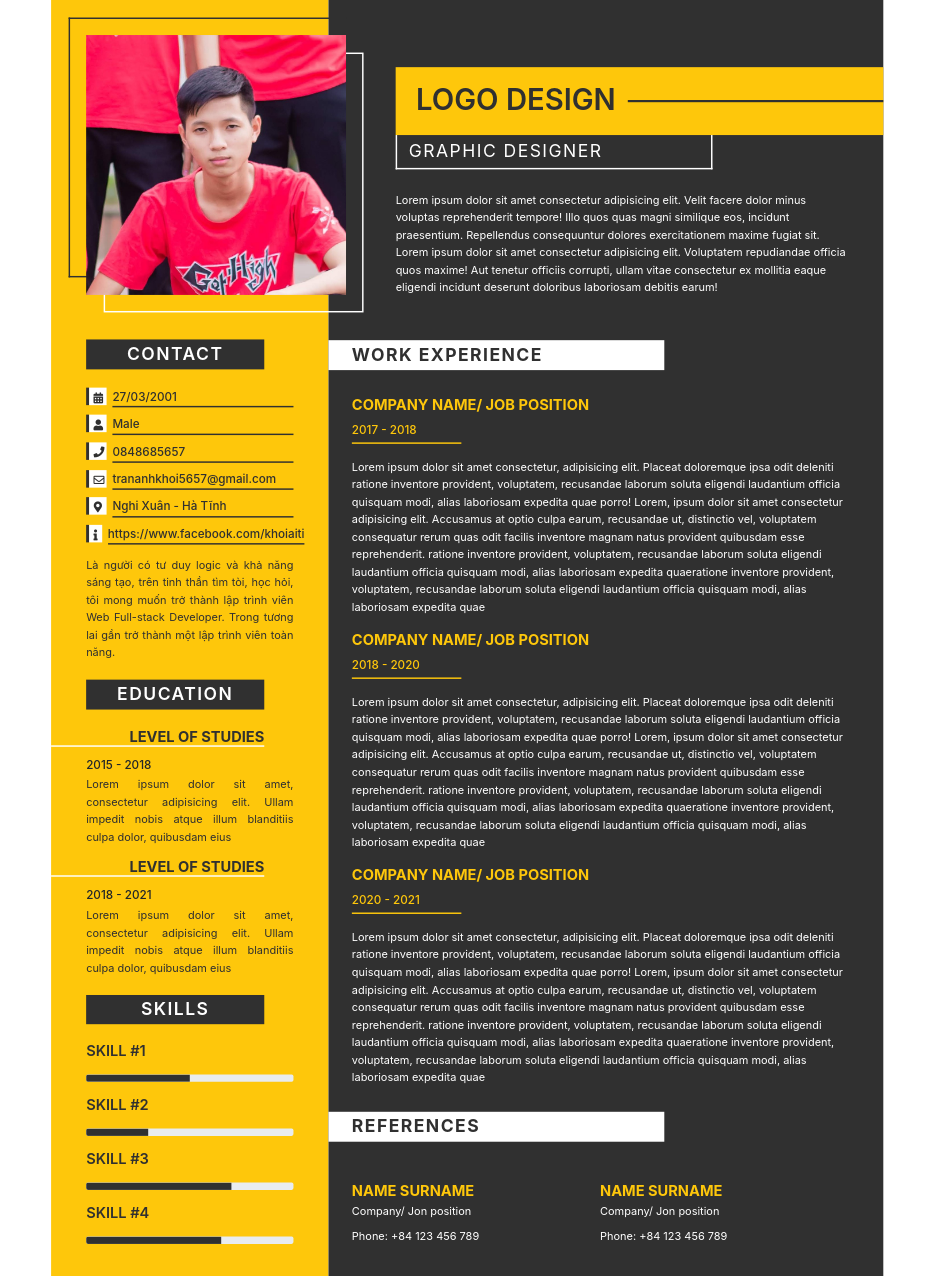
Repository: khoitadev/myCV
Page: index.html
The author's editor kept a copy of each file at every save. The page is drawn from the files as they stood at one save, then again after the next save.
The browser window is 1280 px wide. The pictures show the whole page, at 73% of full size.
Some web libraries are served in a nearby version.

Above is the page before, as saved 2022-02-11 22:29:33.

### index.html
<!DOCTYPE html>
<html lang="en">
  <head>
    <meta charset="UTF-8" />
    <meta http-equiv="X-UA-Compatible" content="IE=edge" />
    <meta name="viewport" content="width=device-width, initial-scale=1.0" />
    <title>CV Design</title>
    <link
      rel="stylesheet"
      href="https://cdn.jsdelivr.net/npm/bootstrap@4.6.0/dist/css/bootstrap.min.css"
      integrity="sha384-B0vP5xmATw1+K9KRQjQERJvTumQW0nPEzvF6L/Z6nronJ3oUOFUFpCjEUQouq2+l"
      crossorigin="anonymous"
    />
    <link rel="preconnect" href="https://fonts.googleapis.com" />
    <link rel="preconnect" href="https://fonts.gstatic.com" crossorigin />
    <link
      href="https://fonts.googleapis.com/css2?family=Poppins:wght@400;600;700&display=swap"
      rel="stylesheet"
    />
    <link
      rel="stylesheet"
      href="https://pro.fontawesome.com/releases/v5.10.0/css/all.css"
      integrity="sha384-AYmEC3Yw5cVb3ZcuHtOA93w35dYTsvhLPVnYs9eStHfGJvOvKxVfELGroGkvsg+p"
      crossorigin="anonymous"
    />
    <link
      rel="icon"
      href="./assets/img/cv2.jpg"
      style="border-radius: 50%;"
      type="image/gif"
      sizes="16x16"
    />

    <link rel="stylesheet" href="./assets/css/style.css" />
  </head>
  <body>
    <div class="container">
      <div class="row">
        <div class="col-md-4 cv__left">
          <div class="cv__img">
            <img src="./assets/img/cv2.jpg" />
          </div>
          <div class="cv__body-left">
            <h2 class="heading__left">CONTACT</h2>
            <p class="text contact__text"><i class="fas fa-calendar-alt"></i> <span class="contact__line" >27/03/2001</span></p>
            <p class="text contact__text"><i class="fas fa-user"></i> <span class="contact__line" >Male</span></p>
            <p class="text contact__text">
              <i class="fas fa-phone"></i> <a class="contact__line" href="tel:0848685657">0848685657</a>
            </p>
            <p class="text contact__text">
              <i class="far fa-envelope"></i>
              <a class="contact__line" href="mailto:trananhkhoi5657@gmail.com"
                >trananhkhoi5657@gmail.com</a
              >
            </p>
            <p class="text contact__text">
              <i class="fas fa-map-marker-alt"></i> <span class="contact__line" >Nghi Xuân - Hà Tĩnh</span>
            </p>
            <p class="text contact__text">
              <i class="fas fa-info"></i>
              <a class="contact__line" href="https://www.facebook.com/khoiaiti"
                >https://www.facebook.com/khoiaiti</a
              >
            </p>
            <p class="text description">
            Là người có tư duy logic và khả năng sáng tạo, trên tinh thần tìm tòi, học hỏi, tôi mong muốn trở
            thành lập trình viên Web Full-stack Developer. Trong tương lai gần trở thành một lập trình viên toàn năng.
            </p>
            <h2 class="heading__left">EDUCATION</h2>
            <h3 class="edu__heading">LEVEL OF STUDIES</h3>
            <h4 class="edu__title">2015 - 2018</h4>
            <p class="text">Lorem ipsum dolor sit amet, consectetur adipisicing elit. Ullam impedit nobis atque illum blanditiis culpa dolor, quibusdam eius</p>
            <h3 class="edu__heading">LEVEL OF STUDIES</h3>
            <h4 class="edu__title">2018 - 2021</h4>
            <p class="text">Lorem ipsum dolor sit amet, consectetur adipisicing elit. Ullam impedit nobis atque illum blanditiis culpa dolor, quibusdam eius</p>

            <h2 class="heading__left">SKILLS</h2>
            <h3 class="heading__title">SKILL #1</h3>

            <div class="progress progress__line" style="height: 10px">
              <div class="progress-bar" style="width: 50%; height: 10px; background-color: #303030;"></div>
            </div>

            <h3 class="heading__title">SKILL #2</h3>

            <div class="progress progress__line" style="height: 10px">
              <div class="progress-bar" style="width: 30%; height: 10px; background-color: #303030;"></div>
            </div>

            <h3 class="heading__title">SKILL #3</h3>
            <div class="progress progress__line" style="height: 10px">
              <div class="progress-bar" style="width: 70%; height: 10px; background-color: #303030;"></div>
            </div>
            <h3 class="heading__title">SKILL #4</h3>
            <div class="progress progress__line" style="height: 10px">
              <div class="progress-bar" style="width: 65%; height: 10px; background-color: #303030;"></div>
            </div>
            <!-- <h3 class="heading__title">SKILL #5</h3>
            <div class="progress progress__line" style="height: 10px">
              <div class="progress-bar" style="width: 60%; height: 10px; background-color: #303030;"></div>
            </div> -->
          </div>
        </div>
        <div class="col-md-8 cv__right">
          <div class="cv__intro">
            <div class="name"><h2>LOGO DESIGN</h2> <span></span></div>
            <h2 class="name__des">GRAPHIC DESIGNER</h2>
            <p class="text-toright">Lorem ipsum dolor sit amet consectetur adipisicing elit. Velit facere dolor minus voluptas reprehenderit tempore! Illo quos quas magni similique eos, incidunt praesentium. Repellendus consequuntur dolores exercitationem maxime fugiat sit.
              <br>
              Lorem ipsum dolor sit amet consectetur adipisicing elit. Voluptatem repudiandae officia quos maxime! Aut tenetur officiis corrupti, ullam vitae consectetur ex mollitia eaque eligendi incidunt deserunt doloribus laboriosam debitis earum!
            </p>
            <br>
          </div>
          <h2 class="heading__right">WORK EXPERIENCE</h2>
          <h3 class="work__heading">COMPANY NAME/ JOB POSITION</h3>
          <h4 class="work__title">2017 - 2018</h4>
          <p class="text-toright">Lorem ipsum dolor sit amet consectetur, adipisicing elit. Placeat doloremque ipsa odit deleniti ratione inventore provident, voluptatem, recusandae laborum soluta eligendi laudantium officia quisquam modi, alias laboriosam expedita quae porro!
            Lorem, ipsum dolor sit amet consectetur adipisicing elit. Accusamus at optio culpa earum, recusandae ut, distinctio vel, voluptatem consequatur rerum quas odit facilis inventore magnam natus provident quibusdam esse reprehenderit. ratione inventore provident, voluptatem, recusandae laborum soluta eligendi laudantium officia quisquam modi, alias laboriosam expedita quaeratione inventore provident, voluptatem, recusandae laborum soluta eligendi laudantium officia quisquam modi, alias laboriosam expedita quae
          </p>
          <h3 class="work__heading">COMPANY NAME/ JOB POSITION</h3>
          <h4 class="work__title">2018 - 2020</h4>
          <p class="text-toright">Lorem ipsum dolor sit amet consectetur, adipisicing elit. Placeat doloremque ipsa odit deleniti ratione inventore provident, voluptatem, recusandae laborum soluta eligendi laudantium officia quisquam modi, alias laboriosam expedita quae porro!
            Lorem, ipsum dolor sit amet consectetur adipisicing elit. Accusamus at optio culpa earum, recusandae ut, distinctio vel, voluptatem consequatur rerum quas odit facilis inventore magnam natus provident quibusdam esse reprehenderit. ratione inventore provident, voluptatem, recusandae laborum soluta eligendi laudantium officia quisquam modi, alias laboriosam expedita quaeratione inventore provident, voluptatem, recusandae laborum soluta eligendi laudantium officia quisquam modi, alias laboriosam expedita quae
          </p>
          <h3 class="work__heading">COMPANY NAME/ JOB POSITION</h3>
          <h4 class="work__title">2020 - 2021</h4>
          <p class="text-toright">Lorem ipsum dolor sit amet consectetur, adipisicing elit. Placeat doloremque ipsa odit deleniti ratione inventore provident, voluptatem, recusandae laborum soluta eligendi laudantium officia quisquam modi, alias laboriosam expedita quae porro!
            Lorem, ipsum dolor sit amet consectetur adipisicing elit. Accusamus at optio culpa earum, recusandae ut, distinctio vel, voluptatem consequatur rerum quas odit facilis inventore magnam natus provident quibusdam esse reprehenderit. ratione inventore provident, voluptatem, recusandae laborum soluta eligendi laudantium officia quisquam modi, alias laboriosam expedita quaeratione inventore provident, voluptatem, recusandae laborum soluta eligendi laudantium officia quisquam modi, alias laboriosam expedita quae
          </p>
          <h2 class="heading__right">REFERENCES</h2>
          <div class="ref">
            <div class="ref-left">
              <h3 class="work__heading">NAME SURNAME</h3>
              <p class="text-toright">Company/ Jon position
              </p>
              <p class="text-toright">Phone: +84 123 456 789
              </p>
            </div>
            <div class="ref-right">
              <h3 class="work__heading">NAME SURNAME</h3>
              <p class="text-toright">Company/ Jon position
              </p>
              <p class="text-toright">Phone: +84 123 456 789
              </p>
            </div>
          </div>
        </div>
      </div>
    </div>
  </body>
</html>

### assets/css/style.css
:root {
  --primary-color: #fec70b;
  --second-color: #303030;
  --white-color: #fff;
}
* {
  margin: 0;
  padding: 0;
  box-sizing: border-box;
}
html {
  font-family: "Poppins", sans-serif;
  font-size: 62.5%;
  color: var(--white-color);
}

img {
  width: 100%;
  object-fit: cover;
}
a {
  text-decoration: none;
  display: inline-block;
  color: var(--second-color);
}
a:hover {
  color: var(--white-color);
}
p {
  font-size: 1.5rem;
  line-height: 1.6;
  color: var(--white-color);
}
i {
  position: relative;
  margin: 0 8px 0 4px;
  padding: 6px;
  background-color: var(--white-color);
  font-size: 1.5rem;
  color: var(--second-color);
  width: 2.4rem;
  height: 2.4rem;
  text-align: center;
}
i::after {
  content: "";
  display: block;
  position: absolute;
  background-color: var(--second-color);
  top: 0;
  left: -4px;
  bottom: 0;
  width: 4px;
  z-index: 1;
}
.cv__left {
  padding: 2.4rem;
  background-color: var(--primary-color);
}

.cv__img {
  position: relative;
  right: -2.4rem;
  bottom: -2.4rem;
  z-index: 1;
  text-align: right;
  margin-right: -2.4rem;
}
.cv__img::before {
  content: "";
  display: block;
  position: absolute;
  border-top: 2px solid var(--second-color);
  border-bottom: 2px solid var(--second-color);
  border-left: 2px solid var(--second-color);
  top: -2.4rem;
  left: -2.4rem;
  right: 0rem;
  bottom: 2.4rem;
  z-index: -1;
}
.cv__img::after {
  content: "";
  display: block;
  position: absolute;
  border: 2px solid var(--white-color);
  top: 2.4rem;
  left: 2.4rem;
  right: -2.4rem;
  bottom: -2.4rem;
  z-index: -1;
}
.cv__img img {
  min-width: 90%;
  height: auto;
}

.cv__body-left {
  padding: 6rem 2.4rem 0 2.4rem;
}

.cv__contact {
  border-bottom: 2px solid var(--second-color);
}

.heading__left {
  margin: 2.5rem 4rem 2.5rem 0;
  padding: 0.6rem;
  color: #fff;
  background-color: var(--second-color);
  max-width: 42rem;
  font-size: 2.4rem;
  font-weight: 600;
  text-align: center;
  letter-spacing: 2px;
}
.edu__heading{
  font-size: 2rem;
  text-align: end;
  border-bottom: 2px solid var(--white-color);
  margin: 1.6rem 4rem 1.6rem -4.8rem;
  color: var(--second-color);
  font-weight: 700;
}
.edu__title{
  font-size: 1.6rem;
  font-weight: 500;
}
.edu__title + .text {
  text-align: justify;
}

.cv__right {
  padding: 3.2rem 4.8rem 2rem 3.2rem;
  background-color: var(--second-color);
}
.cv__intro {
  margin-left: 6rem;
}
.name {
  display: flex;
  align-items: center;
  padding: 2rem 0 2rem 2.8rem;
  margin: 6rem -4.8rem 0 0;
  background-color: var(--primary-color);
}
.name h2 {
  color: var(--second-color);
  font-size: 4rem;
  font-weight: 600;
}
.name span {
  margin-left: 1.6rem;
  background-color: var(--second-color);
  height: 3px;
  flex: 1;
}

.name__des {
  display: inline-block;
  margin-bottom: 3rem;
  color: var(--white-color);
  font-size: 2.4rem;
  font-weight: 400;
  width: 70%;
  letter-spacing: 2px;
  padding: 0.8rem 1.6rem;
  border-right: 2px solid var(--white-color);
  border-bottom: 2px solid var(--white-color);
  border-left: 2px solid var(--white-color);
}
.heading__right {
  margin: 3.5rem 0 3.5rem -3.2rem;
  padding: 0.6rem 3.2rem;
  background-color: var(--white-color);
  color:var(--second-color);
  max-width: 46rem;
  font-size: 2.4rem;
  font-weight: 700;
  letter-spacing: 2px;
}

.heading__title {
  margin: 8px 0;
  color: var(--second-color);
  font-size: 2rem;
  font-weight: 600;
}
.work__heading{
  margin-top: 2rem;
  font-size: 2rem;
  color: var(--primary-color);
  font-weight: 700;
}
.work__title{
  margin-bottom: 2rem;
  padding: 8px 0;
  max-width: 15rem;
  font-size: 1.6rem;
  color: var(--primary-color);
  font-weight: 500;
  border-bottom: 2px solid var(--primary-color);
}
.time {
  font-size: 1.4rem;
  font-weight: 300;
}
.progress__line {
  margin: 2rem 0;
}
.interests {
  list-style: circle;
  padding-left: 2rem;
}
.text {
  font-size: 1.5rem;
  line-height: 1.6;
  color: var(--second-color);
}
.text-toright {
  color: var(--white-color);
}
.description {
  margin-top: 1.6rem;
  text-align: justify;
}
.contact__text {
  display: flex;
}
.contact__line {
  flex: 1;
  font-size: 1.6rem;
  font-weight: 500;
  border-bottom: 2px solid var(--second-color);
}
.ref {
  display: flex;
}
.ref-left, .ref-right {
  flex: 1;
}

After the next save:
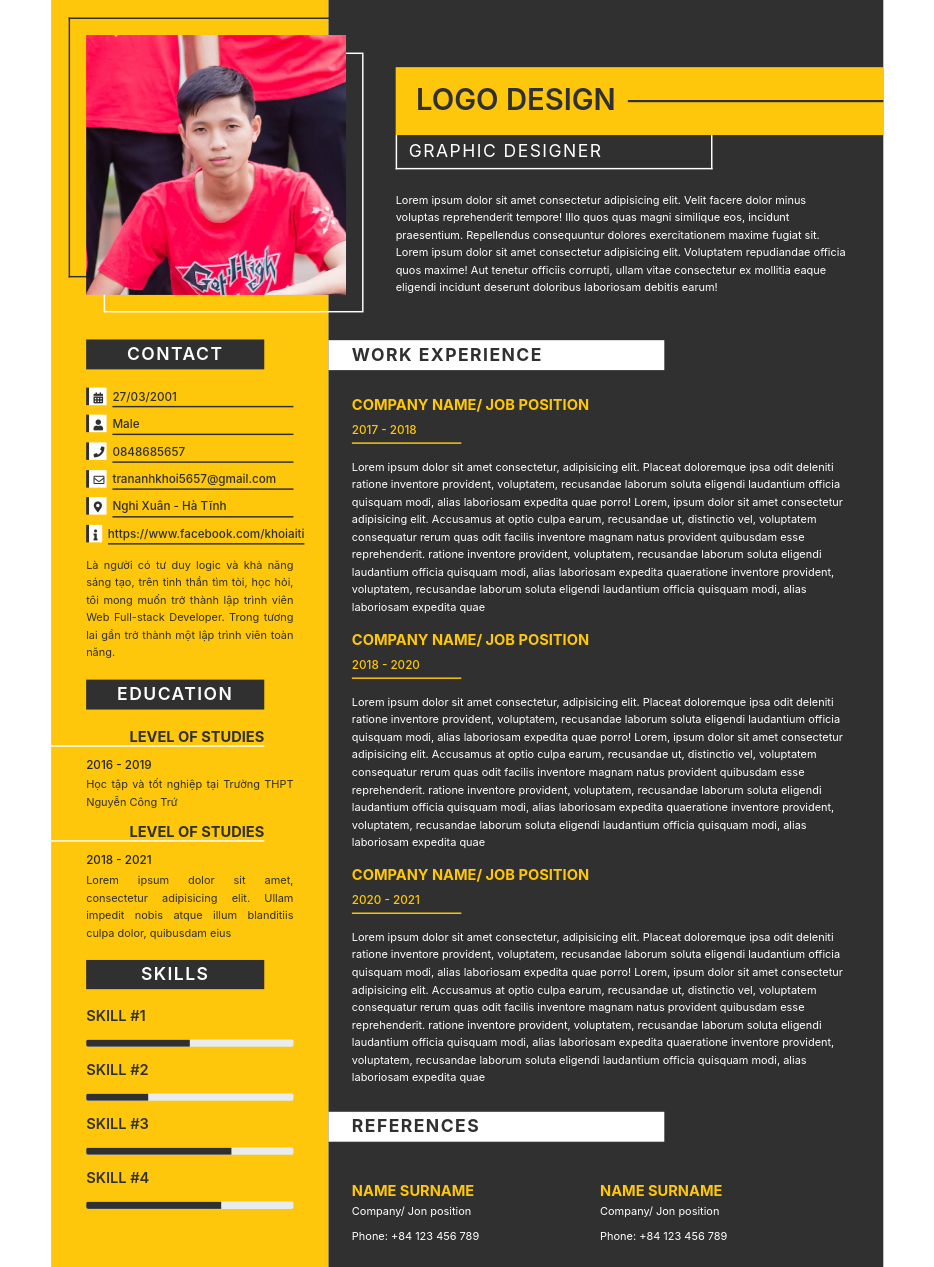
Saved 109 s later.
--- a/index.html
+++ b/index.html
@@ -68,8 +68,8 @@
             </p>
             <h2 class="heading__left">EDUCATION</h2>
             <h3 class="edu__heading">LEVEL OF STUDIES</h3>
-            <h4 class="edu__title">2015 - 2018</h4>
-            <p class="text">Lorem ipsum dolor sit amet, consectetur adipisicing elit. Ullam impedit nobis atque illum blanditiis culpa dolor, quibusdam eius</p>
+            <h4 class="edu__title">2016 - 2019</h4>
+            <p class="text">Học tập và tốt nghiệp tại Trường THPT Nguyễn Công Trứ</p>
             <h3 class="edu__heading">LEVEL OF STUDIES</h3>
             <h4 class="edu__title">2018 - 2021</h4>
             <p class="text">Lorem ipsum dolor sit amet, consectetur adipisicing elit. Ullam impedit nobis atque illum blanditiis culpa dolor, quibusdam eius</p>
